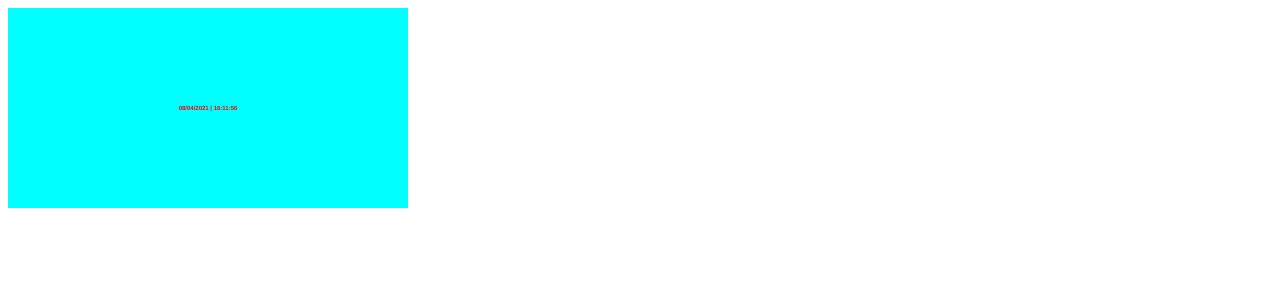
Repository: Widzisz/zadania-JavaScript
Page: www/index.html
An editor plug-in stored every save of this project. The page is shown before and after the next save, followed by the edit.
The browser window is 1280 px wide. The pictures show the whole page.

Above is the page before, as saved 2021-04-08 18:32:30.

After the next save:
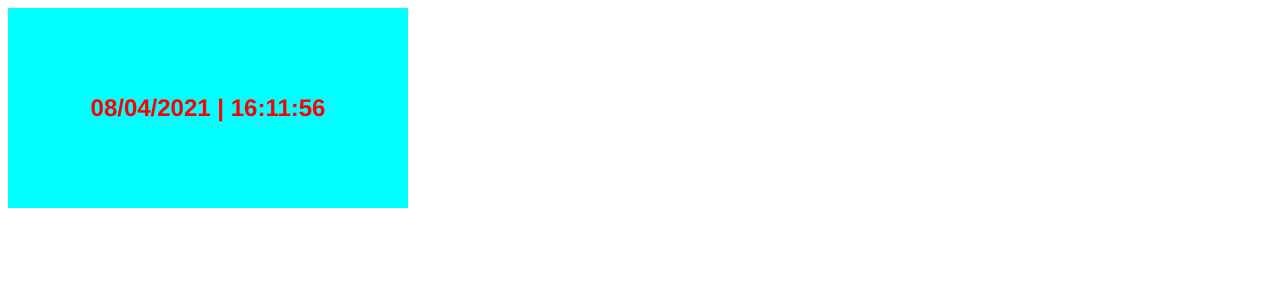
Saved 13 s later.
--- a/www/main.css
+++ b/www/main.css
@@ -9,7 +9,7 @@
 
 #zegar {
     font-family: 'Franklin Gothic Medium', 'Arial Narrow', Arial, sans-serif;
-    font-size: 20%;
+    font-size: 1.5em;
     font-weight: bold;
     color: red;
 
